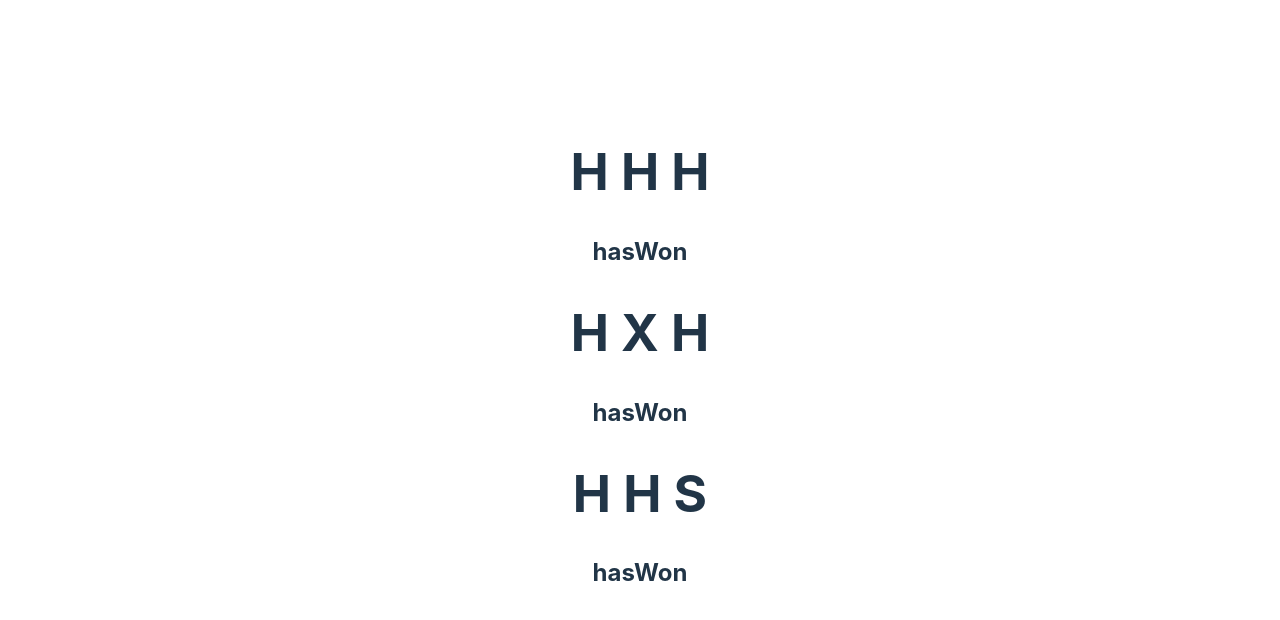
Repository: SmooothCriminal001/ReactLearning
Page: / (app in slot-machine-exercise/)
The author's editor kept a copy of each file at every save. The page is drawn from the files as they stood at one save, then again after the next save.
The browser window is 1280 px wide. The pictures show the whole page.
The project was rebuilt for these pictures with package versions that can differ from the ones it lists, and the page was loaded fresh each time. Also part of the build but not shown: slot-machine-exercise/vite.config.js.

Above is the page before, as saved 2024-07-25 14:09:23.

### slot-machine-exercise/src/App.jsx
import './App.css'
import Slots from './Slots'

export default function App() {
  return (
    <div className="App">
      <Slots firstPull="H" secondPull="H" thirdPull="H"/>
      <Slots firstPull="H" secondPull="X" thirdPull="H"/>
      <Slots firstPull="H" secondPull="H" thirdPull="S"/>
    </div>
  );
}

### slot-machine-exercise/src/Slots.jsx
import "./Slots.css"

export default function Slots({ firstPull, secondPull, thirdPull}){
    const hasWon = (firstPull === secondPull)
    return <>
        <h1>{firstPull} {secondPull} {thirdPull}</h1>
        <h2>hasWon</h2>
    </>
}

Loaded but not shown: slot-machine-exercise/index.html (common file); slot-machine-exercise/src/main.jsx (common file); slot-machine-exercise/src/index.css (common file); slot-machine-exercise/src/App.css (common file); slot-machine-exercise/src/Slots.css (no stored copy; drawn as an empty file)

After the next save:
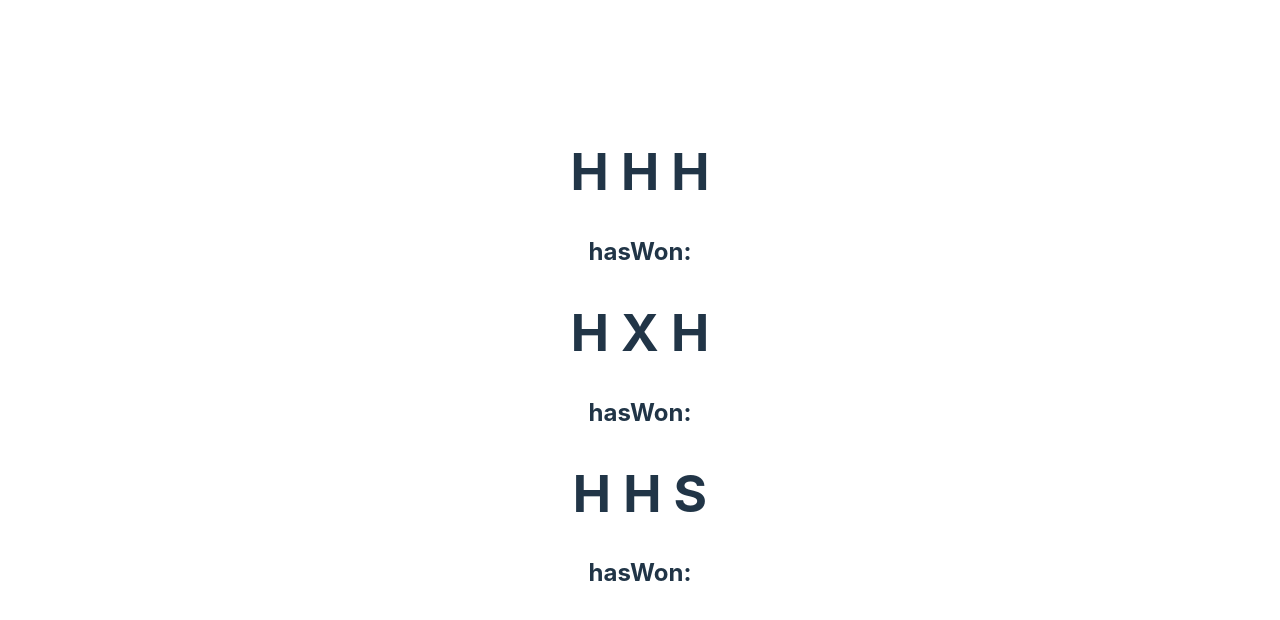
Saved 9 s later.
--- a/slot-machine-exercise/src/Slots.jsx
+++ b/slot-machine-exercise/src/Slots.jsx
@@ -4,6 +4,6 @@ export default function Slots({ firstPull, secondPull, thirdPull}){
     const hasWon = (firstPull === secondPull)
     return <>
         <h1>{firstPull} {secondPull} {thirdPull}</h1>
-        <h2>hasWon</h2>
+        <h2>hasWon: {hasWon}</h2>
     </>
 }
